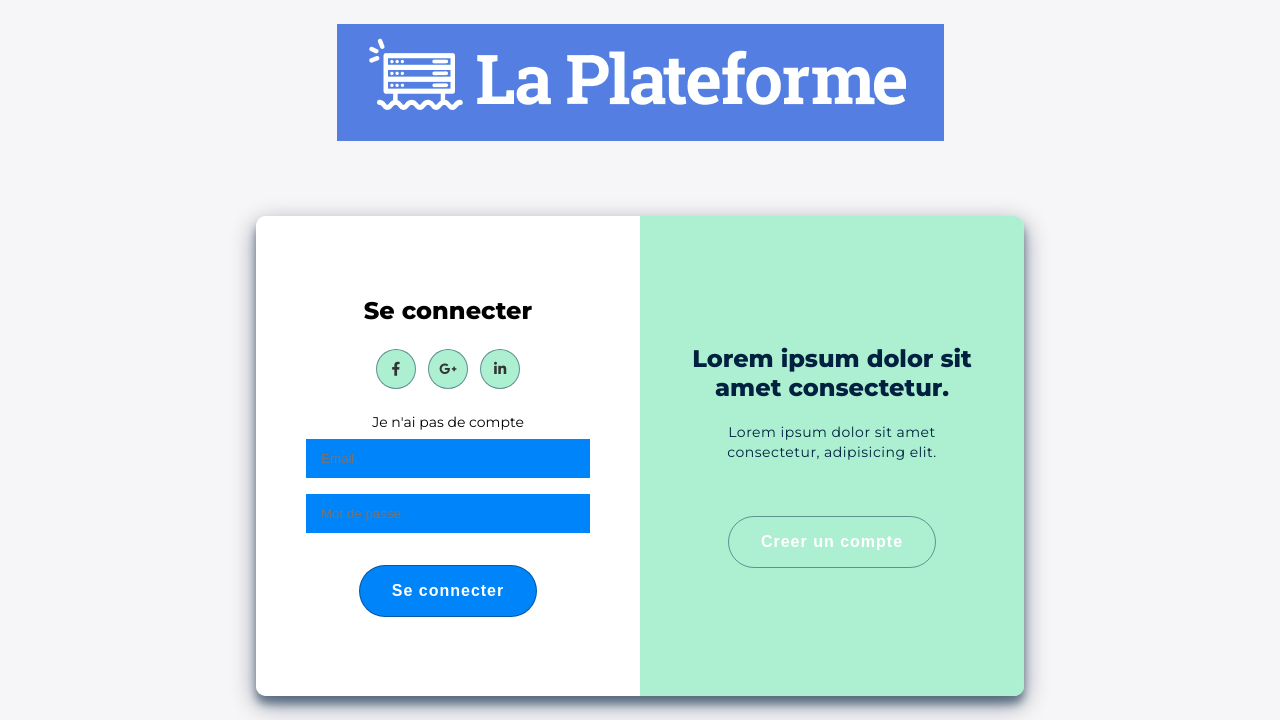
Repository: karim-sebih/runtrackJs
Page: bigjob/index.html
The author's editor kept a copy of each file at every save. The page is drawn from the files as they stood at one save, then again after the next save.
The browser window is 1280 px wide. The pictures show the whole page.
Some web libraries are served in a nearby version.

Above is the page before, as saved 2025-03-20 11:54:35.
Console error: TypeError: Cannot read properties of null (reading 'addEventListener')

After the next save:
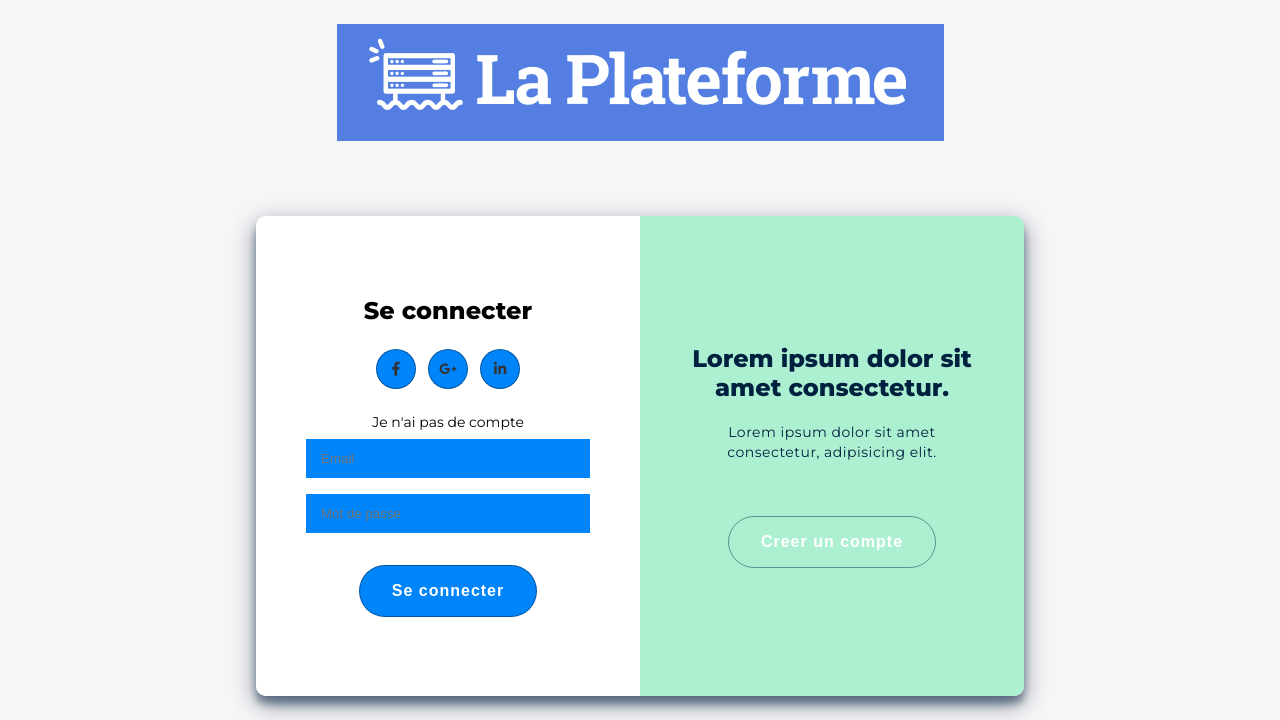
Saved 4 s later.
--- a/bigjob/css/index.css
+++ b/bigjob/css/index.css
@@ -138,7 +138,7 @@ button:active {
 	height: 40px;
 	width: 40px;
 	border-radius: 50%;
-	background-color: #adf0d1;
+	background-color: #0084FA;
 	border: 1px solid rgba(0, 32, 63, .45);
 }
 
